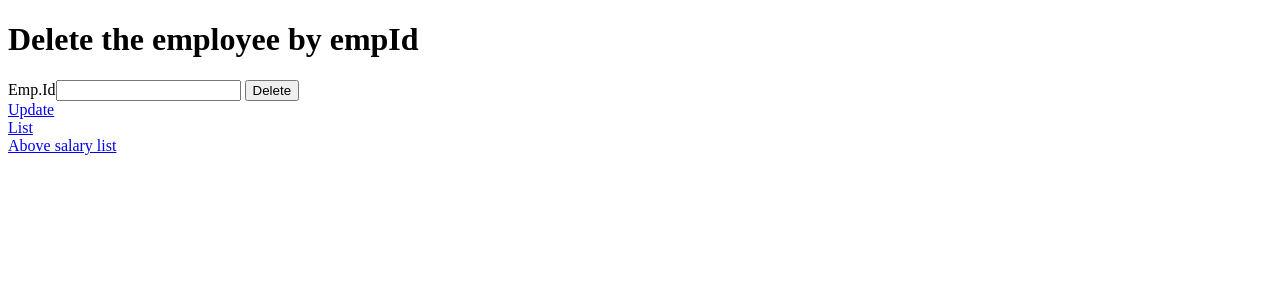
Repository: ramakrishnan1997/ram_javatraining
Page: crudemployeetest/CrudOperationEmp/src/main/webapp/delete.html
An editor plug-in stored every save of this project. The page is shown before and after the next save, followed by the edit.
The browser window is 1280 px wide. The pictures show the whole page.

Above is the page before, as saved 2022-06-13 09:17:41.

After the next save:
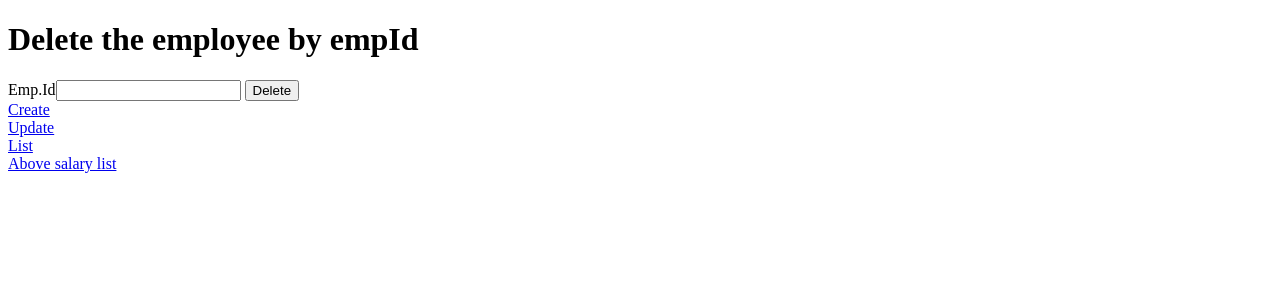
Saved 45 s later.
--- a/crudemployeetest/CrudOperationEmp/src/main/webapp/delete.html
+++ b/crudemployeetest/CrudOperationEmp/src/main/webapp/delete.html
@@ -11,6 +11,7 @@ Emp.Id<input type="text" name="empId">
 <input type="submit" value="Delete" >
 </form>
 
+<a href="http://localhost:8080/CrudOperationEmp/index.html">Create</a></br>
 <a href="http://localhost:8080/CrudOperationEmp/updatehtml.html">Update</a></br>
 <a href="ListSservlet">List</a></br>
 <a href="http://localhost:8080/CrudOperationEmp/salarylist.html">Above salary list</a></br>
